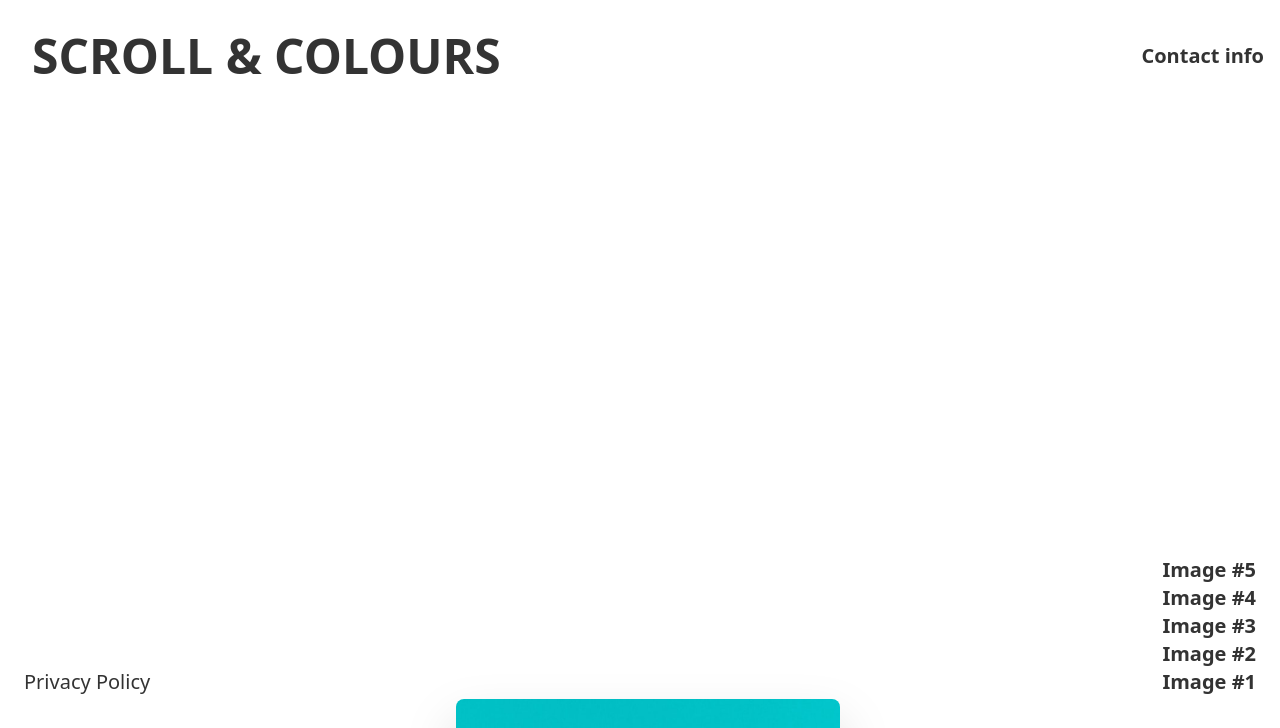
Repository: chelle-c/smooth-scroll-colours
Page: /
An editor plug-in stored every save of this project. The page is shown before and after the next save, followed by the edit.
The browser window is 1280 px wide. The pictures show the whole page.
An inner scrolling area shows only its first screen. The project was rebuilt for these pictures with package versions that can differ from the ones it lists, and the page was loaded fresh each time. Imported but missing from the stored project, and not drawn on this page: images.

Above is the page before, as saved 2022-09-25 14:21:30.

### src/App.svelte
<script>
	import '/images/';
	import { fade } from 'svelte/transition';

	let sections = [
		{ id: 1, image: 'red', alt: '', colour: '#00c1b5' },
		{ id: 2, image: 'blue', alt: '', colour: '#ff651a' },
		{ id: 3, image: 'yellow', alt: '', colour: '#ffbe00' },
		{ id: 4, image: 'orange', alt: '', colour: '#1d3fbb' },
		{ id: 5, image: 'turquoise', alt: '', colour: '#e30512' },
	];

	let y;
	let sectionBackground = () => {

	};
</script>

<svelte:window bind:scrollY={y} />

<main
	class='min-w-full min-h-screen flex flex-col scrollsnap-container scroll-smooth'
>
	<div
		class='min-w-full p-6 flex flex-row justify-between items-center z-10 fixed'
	>
		<div>
			<h1 class='font-sans font-bold text-5xl uppercase'>
				Scroll & Colours
			</h1>
		</div>
		<div class='font-sans font-bold text-xl'>Contact info</div>
	</div>

	<div class='min-w-full min-h-screen z-0' style='background: {sectionBackground};'></div>

	{#each [...sections].reverse() as { id, image, alt }}
		<section
			class='flex flex-col justify-center items-center min-w-full min-h-screen justify-center items-center transition-colors snap-always snap-center'
			id='section{id}'
		>
			<div class='drop-shadow-2xl mix-blend-luminosity'>
				<img
					class='w-96 rounded-lg'
					src='/images/image-{image}.jpg'
					{alt}
				/>
			</div>
			<h3 class='font-sans font-bold text-2xl p-6'>Image #{id}</h3>
		</section>
	{/each}

	<div
		class='min-w-full p-6 flex flex-row justify-between items-end z-10 fixed bottom-0 left-0 pointer-events-none'
	>
		<div class='font-sans text-xl pointer-events-auto'>Privacy Policy</div>
		<div class='font-sans font-semibold text-xl pointer-events-auto'>
			<ul>
				<li><a href='#section5'>Image #5</a></li>
				<li><a href='#section4'>Image #4</a></li>
				<li><a href='#section3'>Image #3</a></li>
				<li><a href='#section2'>Image #2</a></li>
				<li><a href='#section1'>Image #1</a></li>
			</ul>
		</div>
	</div>
</main>

<style global lang='postcss'>
	@tailwind base;
	@tailwind components;
	@tailwind utilities;

	:global(body) {
		margin: 0;
		padding: 0;
		overflow: hidden;
	}

	.scrollsnap-container {
		max-height: 100vh;
		overflow-x: hidden;
		overflow-y: scroll;
		scroll-snap-type: mandatory; /* for older browsers */
		scroll-snap-points-y: repeat(100vh); /* for older browsers */
		scroll-snap-type: y mandatory;
		background: transparent;
		scrollbar-width: none;
	}

	a,
	a:visited {
		color: inherit;
	}

	section {
		display: flex;
		justify-content: center;
		align-items: center;
		width: 100vw;
		height: 100vh;
		scroll-snap-align: start;
		position: relative;
		background: inherit;
		transition: background-color 1s linear;
	}

	/* #section5 {
		background: #00c1b5;
	}

	#section4 {
		background: #ff651a;
	}

	#section3 {
		background: #ffbe00;
	}

	#section2 {
		background: #1d3fbb;
	}

	#section1 {
		background: #e30512;
	} */
</style>

### tailwind.config.js
/** @type {import('tailwindcss').Config} */
const production = process.env.NODE_ENV !== 'development'
module.exports = {
	future: {
		purgeLayersByDefault: true,
		removeDeprecatedGapUtilities: true,
	},
	purge: {
		content: ['./src/**/*.svelte'],
		enabled: production, // disable purge in dev
	},
	content: [],
	theme: {
		extend: {},
	},
	plugins: [],
};

### public/global.css
html, body {
	position: relative;
	width: 100%;
	height: 100%;
}

body {
	color: #333;
	margin: 0;
	padding: 8px;
	box-sizing: border-box;
	font-family: -apple-system, BlinkMacSystemFont, "Segoe UI", Roboto, Oxygen-Sans, Ubuntu, Cantarell, "Helvetica Neue", sans-serif;
}

a {
	color: rgb(0,100,200);
	text-decoration: none;
}

a:hover {
	text-decoration: underline;
}

a:visited {
	color: rgb(0,80,160);
}

label {
	display: block;
}

input, button, select, textarea {
	font-family: inherit;
	font-size: inherit;
	-webkit-padding: 0.4em 0;
	padding: 0.4em;
	margin: 0 0 0.5em 0;
	box-sizing: border-box;
	border: 1px solid #ccc;
	border-radius: 2px;
}

input:disabled {
	color: #ccc;
}

button {
	color: #333;
	background-color: #f4f4f4;
	outline: none;
}

button:disabled {
	color: #999;
}

button:not(:disabled):active {
	background-color: #ddd;
}

button:focus {
	border-color: #666;
}

Loaded but not shown: public/index.html (common file); src/main.js (common file)

After the next save:
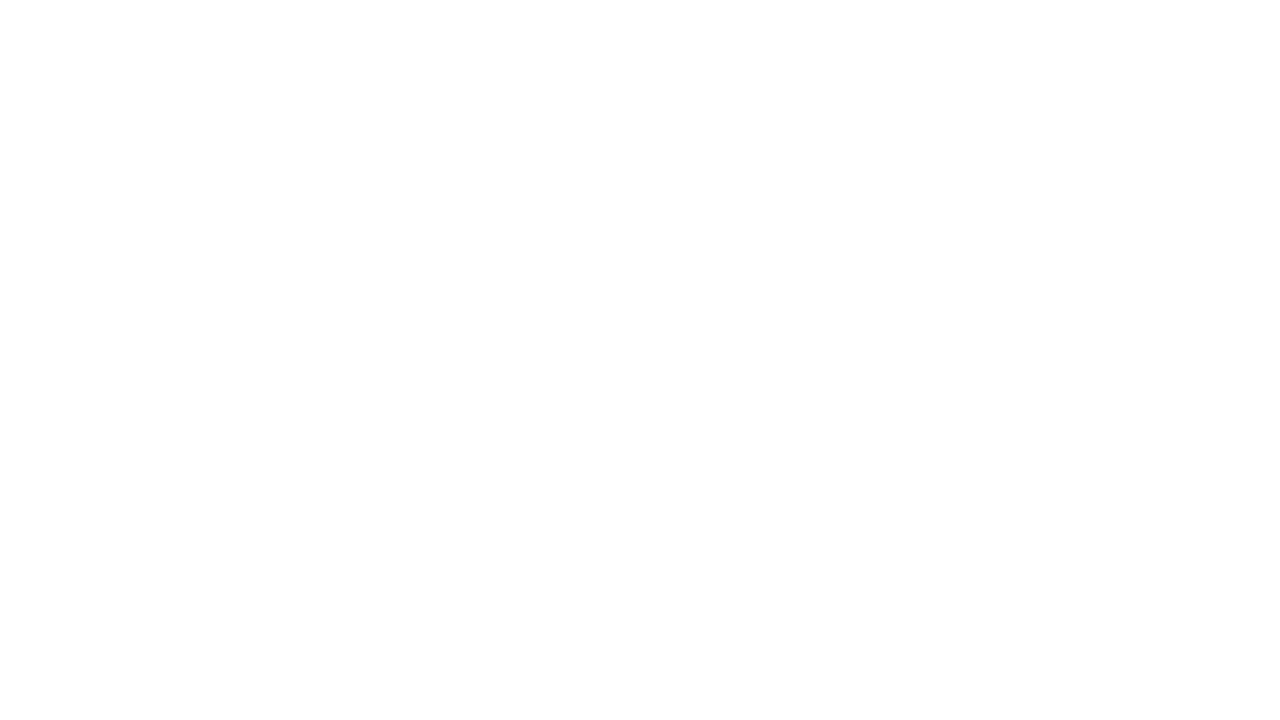
Console error: ReferenceError: _ is not defined
Saved 20 min 29 s later.
--- a/src/App.svelte
+++ b/src/App.svelte
@@ -11,62 +11,66 @@
 	];
 
 	let y;
-	let sectionBackground = () => {
+	let colours = sections.reverse().map(x => x.colour);
 
-	};
+	let sectionBackground = () => sections.forEach(_, index => Viewport.Height * (index - 1) <= y < Viewport.Height * index ? colours[index] : '#fff');
 </script>
 
 <svelte:window bind:scrollY={y} />
 
 <main
-	class='min-w-full min-h-screen flex flex-col scrollsnap-container scroll-smooth'
+	class="min-w-full min-h-screen flex flex-col scrollsnap-container scroll-smooth"
 >
 	<div
-		class='min-w-full p-6 flex flex-row justify-between items-center z-10 fixed'
+		class="min-w-full p-6 flex flex-row justify-between items-center z-10 fixed"
 	>
 		<div>
-			<h1 class='font-sans font-bold text-5xl uppercase'>
+			<h1 class="font-sans font-bold text-5xl uppercase">
 				Scroll & Colours
 			</h1>
 		</div>
-		<div class='font-sans font-bold text-xl'>Contact info</div>
+		<div class="font-sans font-bold text-xl">Contact info</div>
 	</div>
 
-	<div class='min-w-full min-h-screen z-0' style='background: {sectionBackground};'></div>
+	<div
+		transition:fade={{ delay: 25, duration: 500 }}
+		class="min-w-full min-h-screen z-0"
+		style="background: {sectionBackground()};"
+	/>
 
 	{#each [...sections].reverse() as { id, image, alt }}
 		<section
-			class='flex flex-col justify-center items-center min-w-full min-h-screen justify-center items-center transition-colors snap-always snap-center'
-			id='section{id}'
+			class="flex flex-col justify-center items-center min-w-full min-h-screen justify-center items-center transition-colors snap-always snap-center"
+			id="section{id}"
 		>
-			<div class='drop-shadow-2xl mix-blend-luminosity'>
+			<div class="drop-shadow-2xl mix-blend-luminosity">
 				<img
-					class='w-96 rounded-lg'
-					src='/images/image-{image}.jpg'
+					class="w-96 rounded-lg"
+					src="/images/image-{image}.jpg"
 					{alt}
 				/>
 			</div>
-			<h3 class='font-sans font-bold text-2xl p-6'>Image #{id}</h3>
+			<h3 class="font-sans font-bold text-2xl p-6">Image #{id}</h3>
 		</section>
 	{/each}
 
 	<div
-		class='min-w-full p-6 flex flex-row justify-between items-end z-10 fixed bottom-0 left-0 pointer-events-none'
+		class="min-w-full p-6 flex flex-row justify-between items-end z-10 fixed bottom-0 left-0 pointer-events-none"
 	>
-		<div class='font-sans text-xl pointer-events-auto'>Privacy Policy</div>
-		<div class='font-sans font-semibold text-xl pointer-events-auto'>
+		<div class="font-sans text-xl pointer-events-auto">Privacy Policy</div>
+		<div class="font-sans font-semibold text-xl pointer-events-auto">
 			<ul>
-				<li><a href='#section5'>Image #5</a></li>
-				<li><a href='#section4'>Image #4</a></li>
-				<li><a href='#section3'>Image #3</a></li>
-				<li><a href='#section2'>Image #2</a></li>
-				<li><a href='#section1'>Image #1</a></li>
+				<li><a href="#section5">Image #5</a></li>
+				<li><a href="#section4">Image #4</a></li>
+				<li><a href="#section3">Image #3</a></li>
+				<li><a href="#section2">Image #2</a></li>
+				<li><a href="#section1">Image #1</a></li>
 			</ul>
 		</div>
 	</div>
 </main>
 
-<style global lang='postcss'>
+<style global lang="postcss">
 	@tailwind base;
 	@tailwind components;
 	@tailwind utilities;

After the 2 saves that followed:
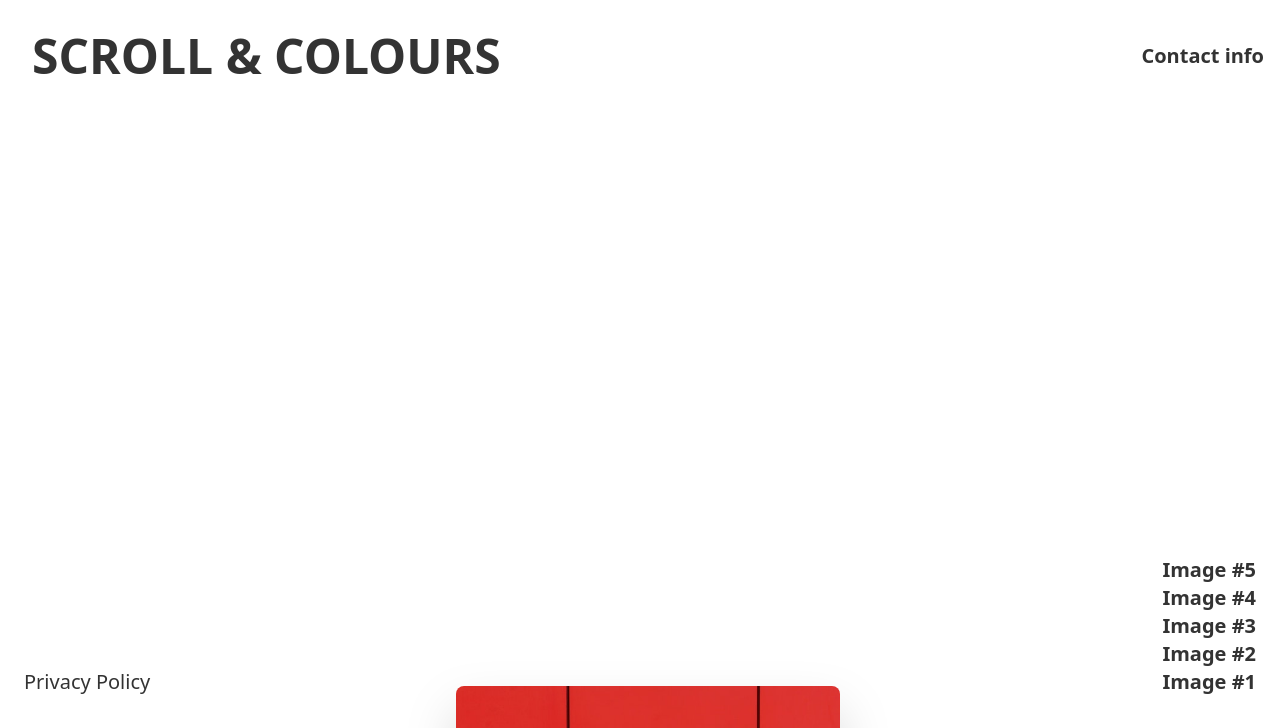
The error is gone.
The 2 saves are shown as one change because 1 left the picture as it was.
The last was saved 17 s later.
--- a/src/App.svelte
+++ b/src/App.svelte
@@ -35,7 +35,7 @@
 	<div
 		transition:fade={{ delay: 25, duration: 500 }}
 		class="min-w-full min-h-screen z-0"
-		style="background: {sectionBackground()};"
+		style="background: {sectionBackground};"
 	/>
 
 	{#each [...sections].reverse() as { id, image, alt }}
